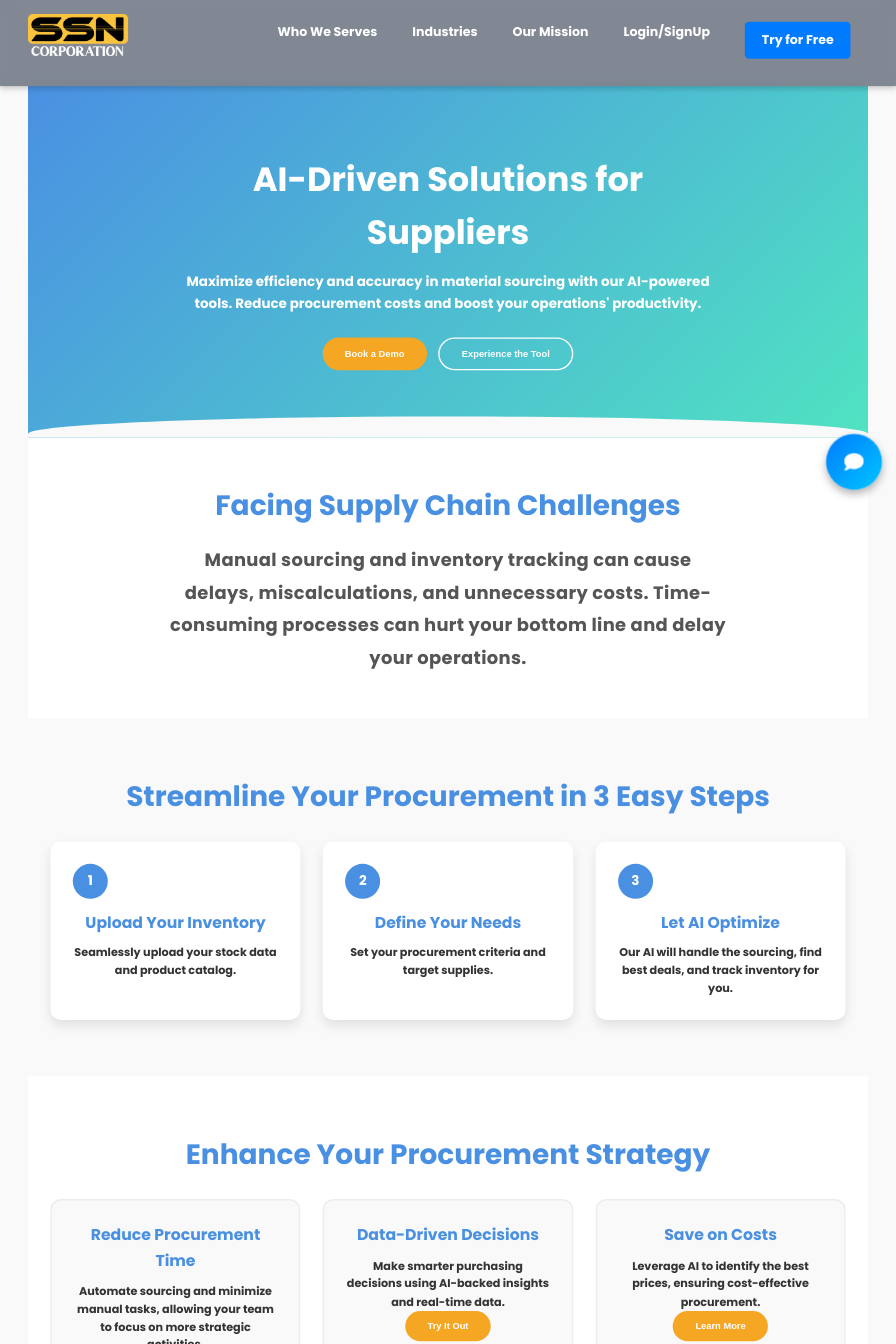
Repository: aabhashbasnet/SSNCorporation
Page: /who-we-serve/suppliers
The author's editor kept a copy of each file at every save. The page is drawn from the files as they stood at one save, then again after the next save.
The browser window is 1280 px wide. The pictures show the part of the page from y = 0 to 1920 px (the page is 3187 px tall), at 70% of full size.
The project was rebuilt for these pictures with package versions that can differ from the ones it lists, and the page was loaded fresh each time. Also part of the build but not shown: src/components/Main/Main.jsx, src/components/Working/Working.css, src/components/Working/Working.jsx, src/components/Footer/Footer.jsx, src/pages/OurMission/OurMission.jsx, src/pages/LoginSignUp/LoginSignUp.css, src/pages/LoginSignUp/LoginSignUp.jsx, src/pages/Industries/Industries.jsx and 12 more.

Above is the page before, as saved 2025-02-11 13:04:00.

After the next save:
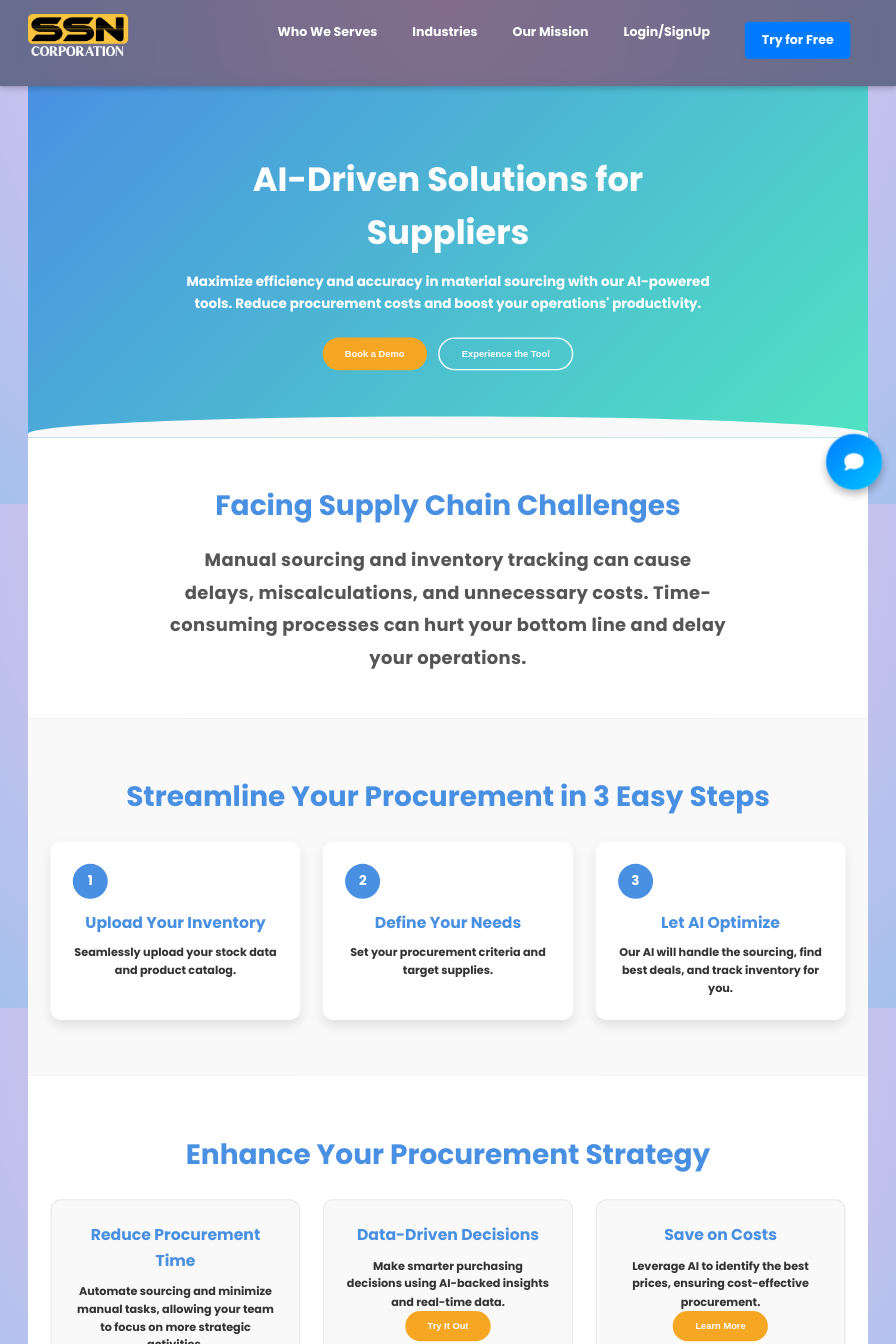
Saved 47 s later.
--- a/src/pages/WhoWeServe/Suppliers.css
+++ b/src/pages/WhoWeServe/Suppliers.css
@@ -9,7 +9,7 @@
 
   body {
     font-family: 'Poppins', sans-serif;
-    background: #f9f9f9;
+    /* background: #f9f9f9; */
     color: #333333;
     line-height: 1.6;
   }
